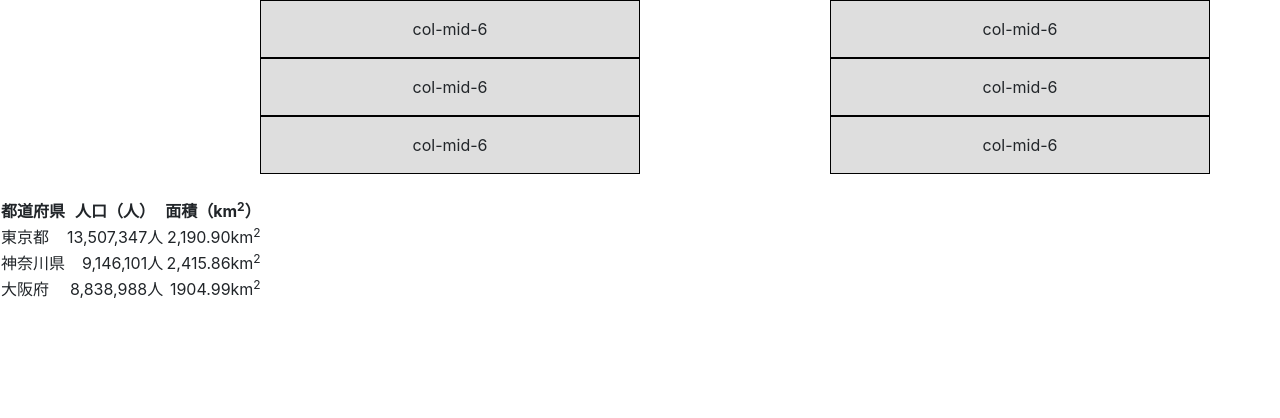
Repository: Naonaka-Saino/first-git
Page: lesson-bootstrap/index.html
The author's editor kept a record of every edit. The page is drawn from the files as they stood at one moment, then again after the next edit.
The browser window is 1280 px wide. The pictures show the whole page.
Some web libraries are served in a nearby version.

Above is the page before.

After the next edit:
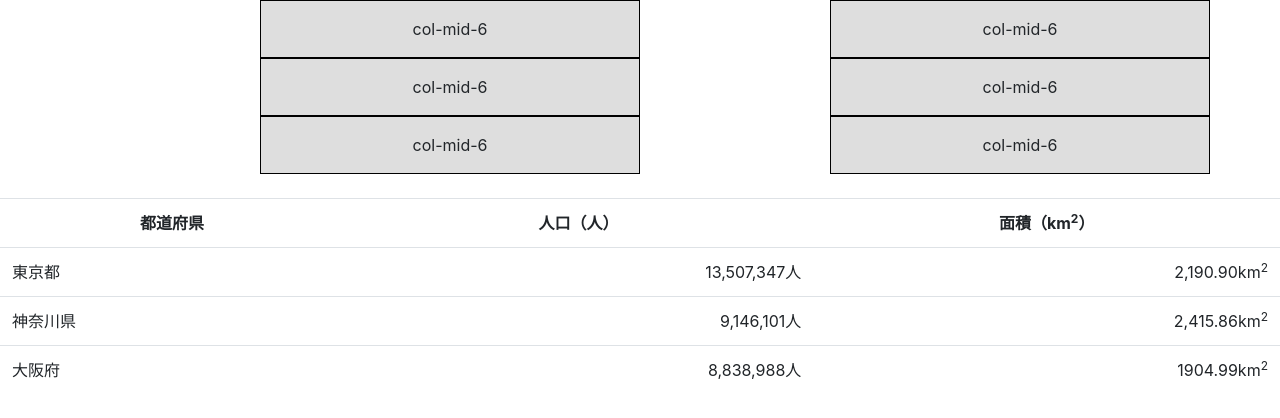
The edit:
--- a/lesson-bootstrap/index.html
+++ b/lesson-bootstrap/index.html
@@ -32,7 +32,7 @@
         </div>
         <br>
 
-        <table class="">
+        <table class="table">
     <tr>
         <th class="text-center">都道府県</th>
         <th class="text-center">人口（人）</th>
